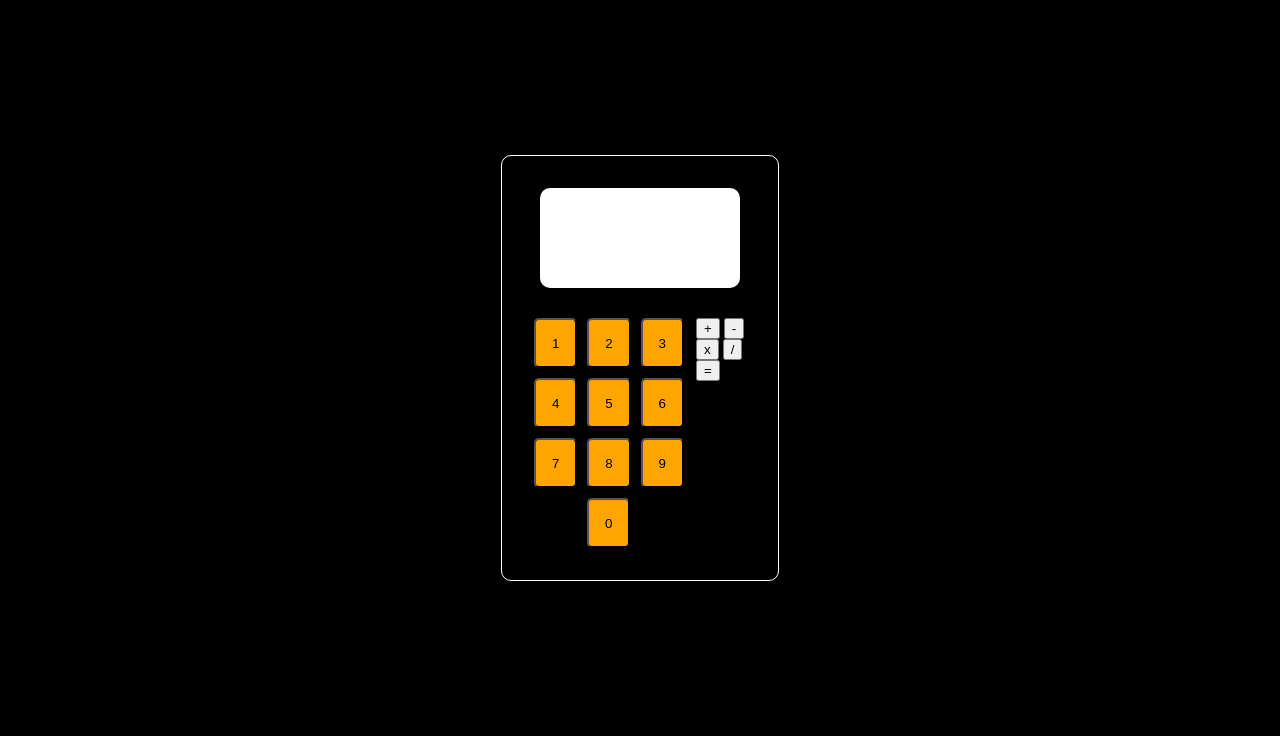
Repository: askan-ken/Simple-calculator
Page: index.html
An editor plug-in stored every save of this project. The page is shown before and after a run of saves, followed by the edit.
The browser window is 1280 px wide. The pictures show the whole page.

Above is the page before, as saved 2023-02-17 05:09:06.
Console error: TypeError: Cannot read properties of null (reading 'addEventListener')

After the next 5 saves:
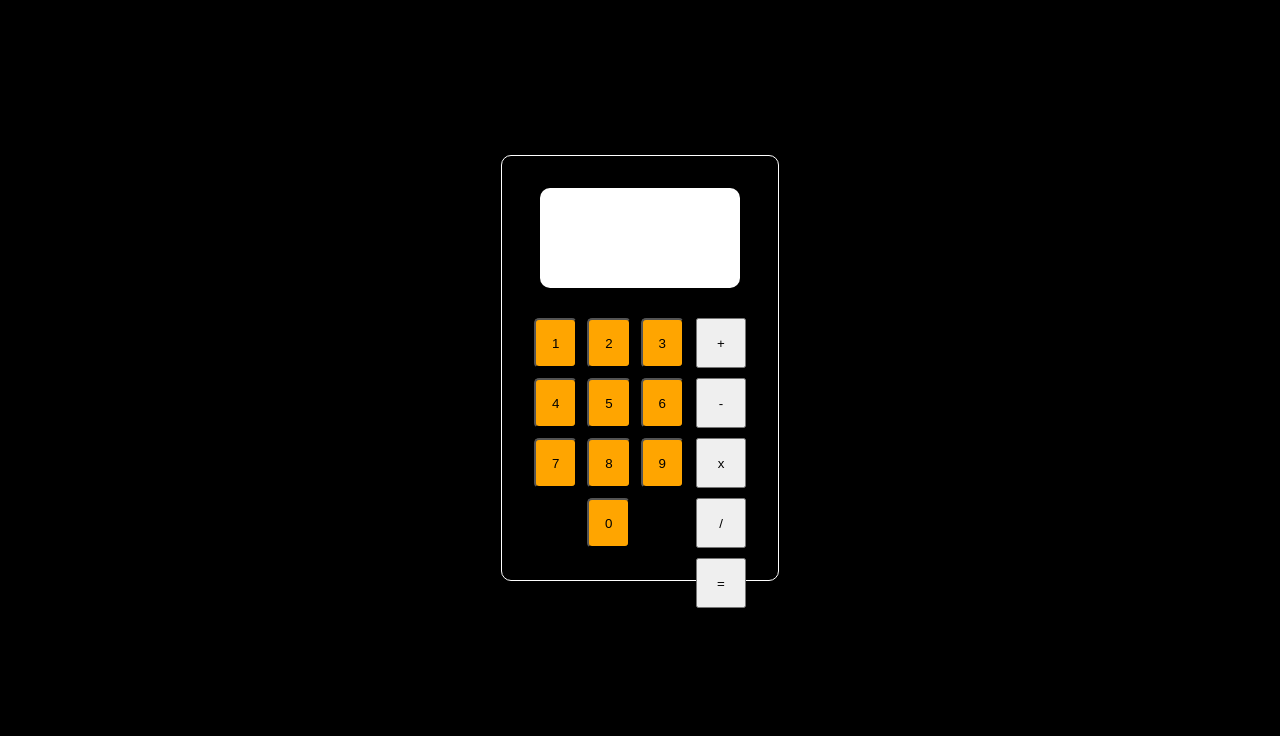
The 5 saves are shown as one change because they came seconds apart.
The last was saved 61 s later.
--- a/style.css
+++ b/style.css
@@ -37,15 +37,23 @@
   grid-row-gap: 10px;
 }
 .numbers {
-    background-color: orange;
-    border-radius: 5px;
-    -webkit-border-radius: 5px;
-    -moz-border-radius: 5px;
-    -ms-border-radius: 5px;
-    -o-border-radius: 5px;
-    cursor: pointer;
+  background-color: orange;
+  border-radius: 5px;
+  -webkit-border-radius: 5px;
+  -moz-border-radius: 5px;
+  -ms-border-radius: 5px;
+  -o-border-radius: 5px;
+  cursor: pointer;
 }
-.zero{
-    position: relative;
-    left: 53px;
+.zero {
+  position: relative;
+  left: 53px;
 }
+
+.operator {
+  display: grid;
+  grid-template-columns: 1fr;
+  grid-template-rows: repeat(5, 50px);
+  grid-column-gap: 0px;
+  grid-row-gap: 10px;
+}
